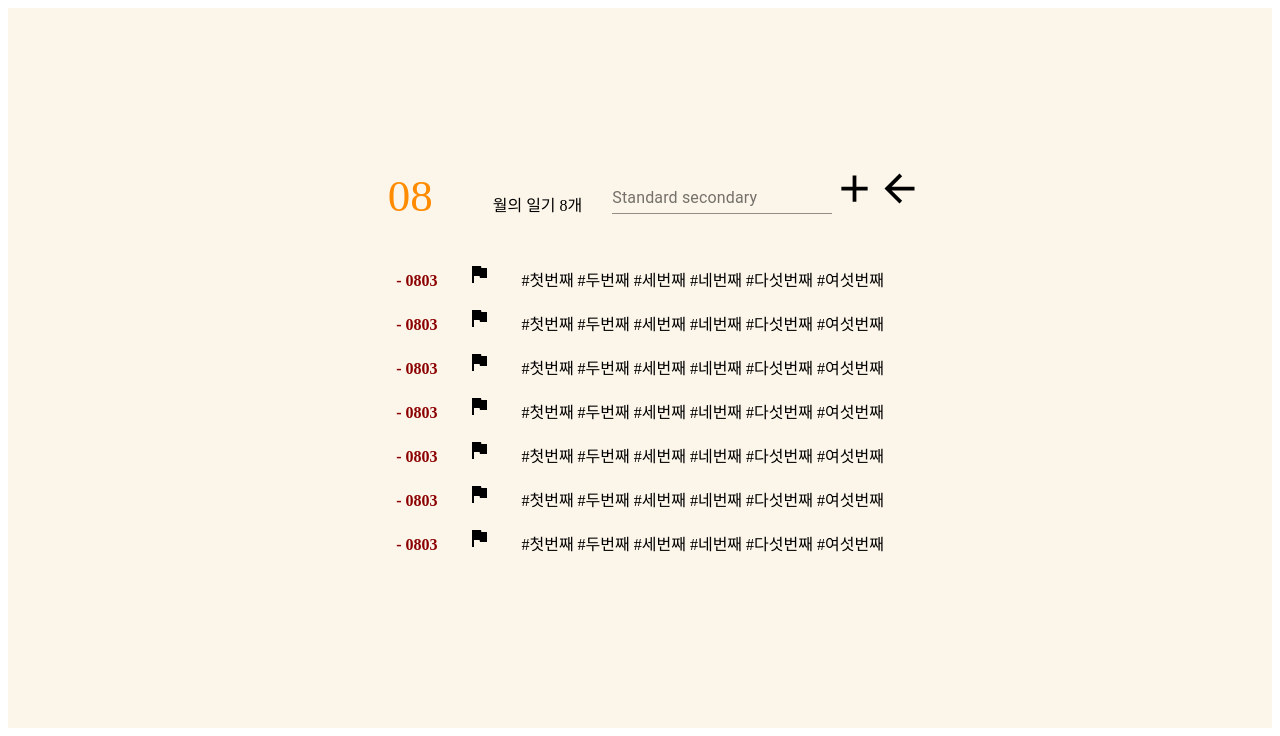
Repository: IMHANA/diary
Page: /list
These files come from the project's save history. The page is drawn as it stood at one moment and after the next save; the edit follows.
The browser window is 1280 px wide. The pictures show the whole page.
The project was rebuilt for these pictures with package versions that can differ from the ones it lists, and the page was loaded fresh each time. Also part of the build but not shown: src/App.css, src/pages/Main/main.js, src/pages/Month/month.js.

Above is the page before, as saved 2021-08-05 17:38:34.

After the next save:
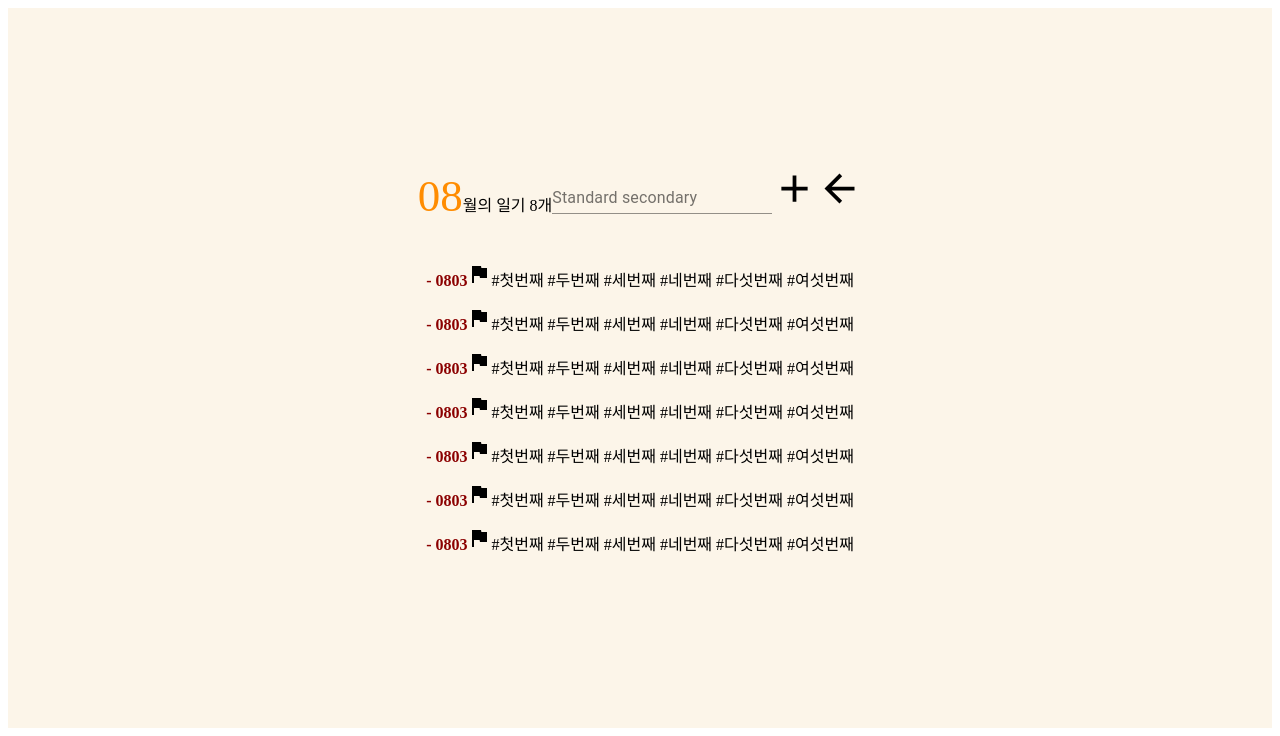
Saved 56 s later.
--- a/src/pages/DayList/dayList.css
+++ b/src/pages/DayList/dayList.css
@@ -21,15 +21,12 @@
     flex-direction: column;
     justify-content: center;
     align-items: center;
-    /* height: 100vh;
-    width: 1000px;
-    height: auto; */
 }
 .list_box {
     margin-bottom: 15px;
 }
 span {
-    padding: 30px;
+    /* padding: 30px; */
 }
 
 .date {
